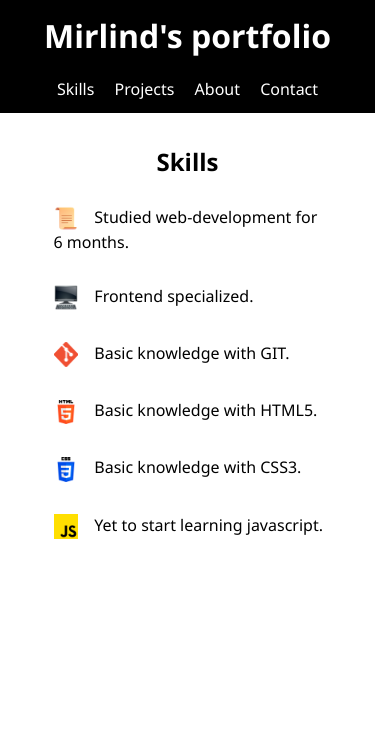
Repository: mirkbirki/mirkbirki.github.io
Page: index.html
These files come from the project's save history. The page is drawn as it stood at one moment and after the next save; the edit follows.
The browser window is 375 px wide. The pictures show the whole page.

Above is the page before, as saved 2022-11-23 16:06:04.

### index.html
<!DOCTYPE html>
<html lang="en">
<head>
    <meta charset="UTF-8">
    <meta http-equiv="X-UA-Compatible" content="IE=edge">
    <meta name="viewport" content="width=device-width, initial-scale=1.0">
    <title>Mirlind's portfolio</title>
    <link rel="stylesheet" href="styles.css">
</head>
<body>
    <header>
        <div class="header-bar">
            <h1>Mirlind's portfolio</h1>
            <nav>
                <ul>
                    <li><a href="#skills">Skills</a></li>
                    <li><a href="#projects">Projects</a></li>
                    <li><a href="#about">About</a></li>
                    <li><a href="#contact">Contact</a></li>
                </ul>
            </nav>
        </div>
    </header>
    <div id="skills">
        <h2>Skills</h2>
        <div class="left-aligned-text">
            <p class="skills-text"><img class="img-skills" src="scroll.png" />Studied web-development for 6 months.</p>
            <p class="skills-text"><img class="img-skills" src="desktop-computer.png" />Frontend specialized.</p>
            <p class="skills-text"><img class="img-skills" src="git.png" />Basic knowledge with GIT.</p>
            <p class="skills-text"><img class="img-skills" src="html5.png" />Basic knowledge with HTML5.</p>
            <p class="skills-text"><img class="img-skills" src="css3.png" />Basic knowledge with CSS3.</p>
            <p class="skills-text"><img class="img-skills" src="js.png" />Yet to start learning javascript.</p>
        </div>
    </div>
        <!--
        <div id="projects">
            <h2>Skills</h2>
            <div class="grid-container-skills">
                <div class="grid-project-1">
                    <p>hi
                    </p>
                </div>
                <div class="grid-project-2">
                    <p>Lorem ipsum dolor sit amet consectetur adipisicing elit. Eos labore quae, nisi voluptatibus earum, pariatur iusto, hic minima reiciendis
                        architecto voluptatum dolor quam consectetur explicabo? Modi iste possimus exercitationem minima.
                        </p>
                </div>
            </div>
        </div>
        -->
</body>
</html>

### styles.css
* {
  font-family:'Segoe UI', Tahoma, Geneva, Verdana, sans-serif;
}

body {
  margin: 0;
  width: 100%;
}

/* HEADER */

.header-bar {
  width: 100%;
  height: fit-content;
  background-color: black;
  border-top: 1px solid rgb(0, 0, 0);
  text-align: center;
}

.header-bar h1 {
  color: white;
  padding: 0;
  margin-top: 0.8rem;
}

nav ul {
  list-style-type: none;
  margin: 0 auto;
  padding: 0 0 0.8rem 0;
}

nav li {
  display: inline-block;
  padding-right: 1rem;
  margin-left: 1rem;
}

nav a {
  text-decoration: none;
  color: white;
}

nav a:hover {
  color: gray;
}

/* SKILLS */

#skills {
  width: 740px;
  margin: 5rem auto;
  font-size: 16px;
}

#skills h2 {
  text-align: center;
}

.left-aligned-text {
  width: 100%;
  text-align: left;
  margin: 0 auto;
}

.skills-text {
  padding: 0.5rem;
  margin-left: 11.5rem;
}

.img-skills {
  width: 9%;
  padding-right: 1rem;
  vertical-align: middle;
}

/* PROJECTS */

.grid-container-projects {
  display: grid;
  grid-template-columns: auto auto;
  grid-template-rows: auto;
  text-align: center;
  height: 100%;
  margin: 0 auto;
  gap: 2em;
}

.grid-project-1 {
}

.grid-project-2 {
}

@media screen and (max-width: 750px) {

  /* HEADER */

  nav li {
    padding-right: 0.5rem;
    margin-left: 0.5rem;
  }

  /* SKILLS */

  #skills {
    width: 500px;
    margin-top: 1.5rem;
  }

  .skills-text {
    padding: 0.5rem;
    margin-left: 4.5rem;
  }

}

@media screen and (max-width: 520px) {

  /* SKILLS */

  #skills {
    width: 300px;
    margin-top: 2rem;
  }

  .skills-text {
    margin-left: 0.5rem;
  }

}

After the next save:
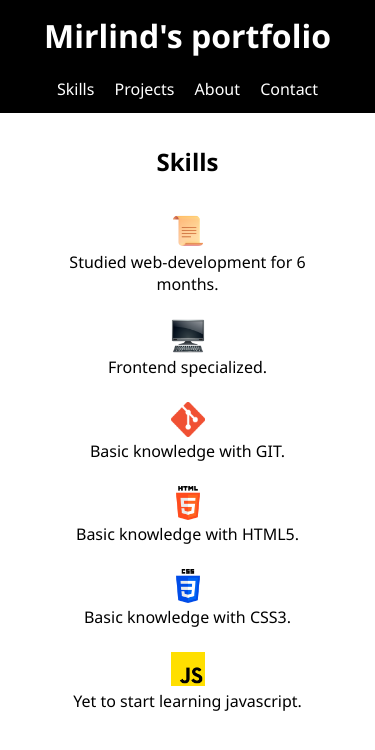
Saved 14 min 51 s later.
--- a/styles.css
+++ b/styles.css
@@ -120,11 +120,20 @@ nav a:hover {
 
   #skills {
     width: 300px;
-    margin-top: 2rem;
+    margin: 2rem auto 0 auto;
   }
 
   .skills-text {
-    margin-left: 0.5rem;
+    display: block;
+    margin: 0 auto;
+    text-align: center;
+  }
+
+  .img-skills {
+    display: block;
+    margin: 0 175px 0 125px;
+    width: 12%;
+    padding: 0.5rem 0 0.2rem 0;
   }
 
 }
